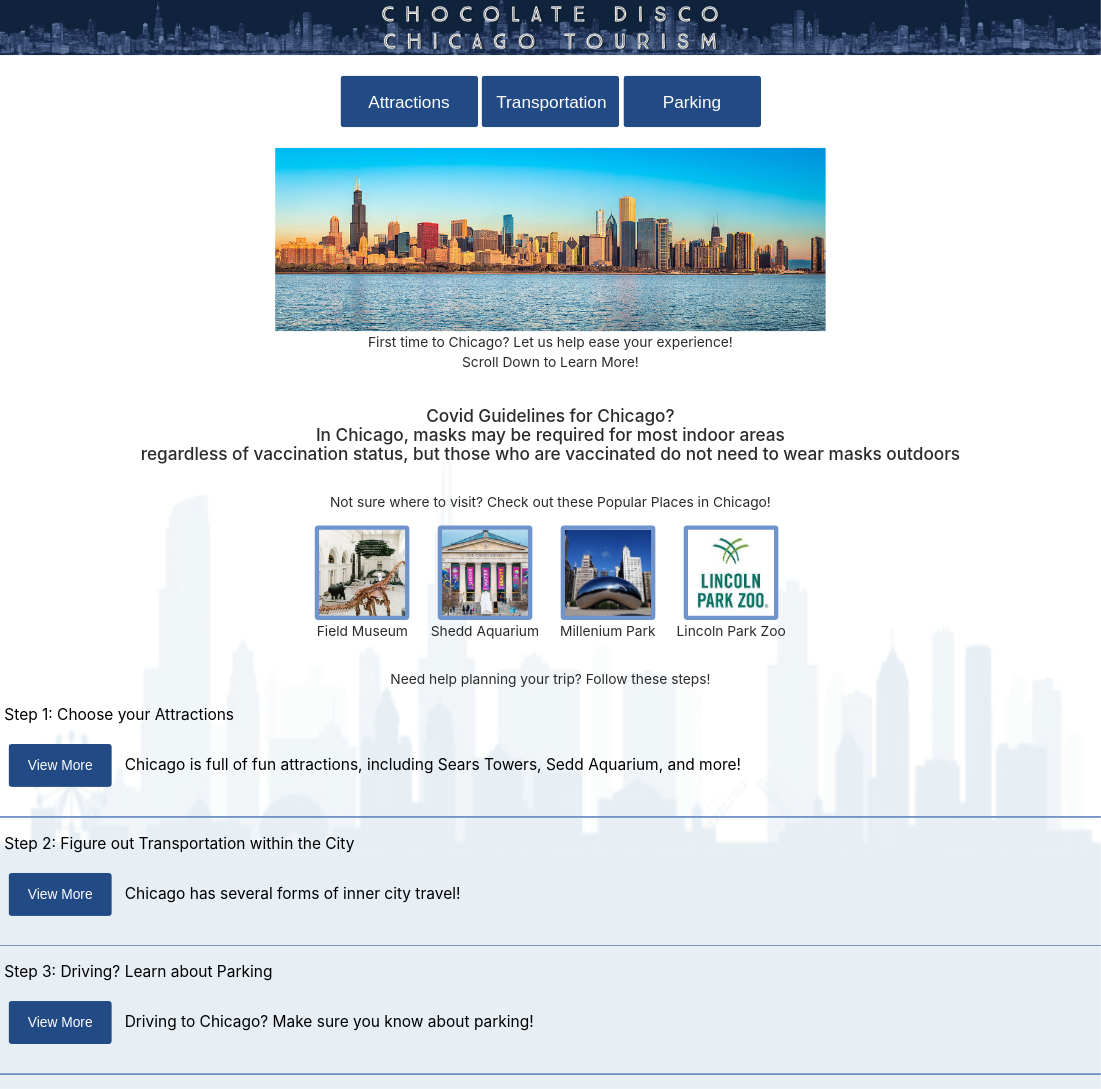
Repository: rkodit2/cs422project
Page: homepage.html
The author's editor kept a copy of each file at every save. The page is drawn from the files as they stood at one save, then again after the next save.
The browser window is 1280 px wide. The pictures show the whole page, at 86% of full size.

Above is the page before, as saved 2021-11-26 13:55:46.

### homepage.html
<!DOCTYPE html>
<html>
  <head>
  <meta charset="utf-8">
  <meta name="viewport" content="width=device-width, initial-scale=1.0">


  <title>Chocolate Disco Chicago Tourism</title>
  <link rel="stylesheet" href=
  "https://maxcdn.bootstrapcdn.com/bootstrap/4.0.0-alpha.6/css/bootstrap.css">


    <link rel="stylesheet" href="homepage.css">

  </head>


  <body style="background-image:url('pictures/background5.jpg');background-position: 0px 0px; background-repeat: no-repeat;background-size: 100% 100%;">

    <div id="banner">
      <img src="pictures/bannerCopy2.jpg" alt="mainpage banner" style = "width: 100%;" title = "Chocolate Disco Chicago Tourism Homepage" class = "center" onclick="location.href='homepage.html';">
    </div>

    <br>

    <div class= "button-center">
      <button type ="button" id="Attractions" class="btn" onclick="location.href='attractions.html';" style="width: 160px; height: 60px; font-size: 20px; background-color: rgb(34, 74, 133); color: white;" onmouseenter = "this.style.backgroundColor = 'rgb(111, 148, 204)'" onmouseleave="style.backgroundColor = 'rgb(34, 74, 133)'"> Attractions </button>
      <button type ="button" id="Transportation" class="btn" onclick="location.href='transportation.html';" style="width: 160px; height: 60px; font-size: 20px; background-color: rgb(34, 74, 133); color: white;" onmouseenter = "this.style.backgroundColor = 'rgb(111, 148, 204)'" onmouseleave="style.backgroundColor = 'rgb(34, 74, 133)'"> Transportation </button>
      <button type ="button" id="Parking" class="btn" onclick="location.href='parking.html';" style="width: 160px; height: 60px; font-size: 20px; background-color: rgb(34, 74, 133); color: white;" onmouseenter = "this.style.backgroundColor = 'rgb(111, 148, 204)'" onmouseleave="style.backgroundColor = 'rgb(34, 74, 133)'"> Parking </button>
    </div>
    <br>
    <img src="pictures/skyline.jpg" alt="mainpage skyline" class = "center">
    <p style="text-align: center;"> First time to Chicago? Let us help ease your experience! <br> Scroll Down to Learn More!</p>
    <br>
    <h5 style = "text-align: center;">Covid Guidelines for Chicago? <br> In Chicago, masks may be required for most indoor areas <br> regardless of vaccination status, but those who are vaccinated do not need to wear masks outdoors </h5>
    <br>
    <p style="text-align: center;">Not sure where to visit? Check out these Popular Places in Chicago! </p>

    <div class= "button-center">
      <div class = "fm" style = "display: inline-block;  text-align: center; padding-left: 10px; padding-right: 10px;">
        <button type = "button" id = "FM" class="btn" onclick="location.href='fieldMuseum.html';" style = "width: 110px; height: 110px; vertical-align: middle; white-space: normal; background:url('pictures/Field\ Museum.jpg'); background-size: 110px 110px; border: 5px solid rgb(111, 148, 204);  background-repeat: no-repeat; background-position: center;"></button>
        <br>
        <label>Field Museum</label>
    </div>
    <div class = "shedd" style = "display: inline-block;  text-align: center; padding-left: 10px; padding-right: 10px;">
      <button type = "button" id = "Shedd" class="btn" onclick="location.href='sheddAquarium.html';" style = "width: 110px; height: 110px; vertical-align: middle; white-space: normal; background:url('pictures/Shedd-Aquarium-scaled.jpg'); background-size: 110px 110px; border: 5px solid rgb(111, 148, 204);  background-repeat: no-repeat; background-position: center;"> </button>
      <br>
      <label>Shedd Aquarium</label>
    </div>
    <div class = "mp" style = "display: inline-block;  text-align: center; padding-left: 10px; padding-right: 10px;">
      <button type = "button" id = "MP" class="btn" onclick="location.href='millenium.html';" style = "width: 110px; height: 110px; vertical-align: middle; white-space: normal; background:url('pictures/chicago-millenium-park-sculpture.jpg'); background-size: 110px 110px; border: 5px solid rgb(111, 148, 204);  background-repeat: no-repeat; background-position: center;"> </button>
      <br>
      <label>Millenium Park</label>
    </div>
    <div class = "lpz" style = "display: inline-block;  text-align: center; padding-left: 10px; padding-right: 10px;">
      <button type = "button" id = "LPZ" class="btn" onclick="location.href='lincolnParkZoo.html';" style = "width: 110px; height: 110px; vertical-align: middle; white-space: normal; background:url('pictures/download.jfif'); background-size: 110px 110px; border: 5px solid rgb(111, 148, 204);  background-repeat: no-repeat; background-position: center;"></button>
      <br>
      <label>Lincoln Park Zoo</label>
    </div>

    </div>

    <br>

    <p style="text-align: center;"> Need help planning your trip? Follow these steps!</p>

    <p style = "padding-left: 5px; font-size: 18px; color: black;"> Step 1: Choose your Attractions </p>
    <div class= "viewMore">
      <button type ="button" id="VMA" class="btn" onclick="location.href='attractions.html';" style = "width: 120px; height:50px; vertical-align: middle; margin-left: 10px; margin-top: 5px; white-space: normal; background-color: rgb(34, 74, 133); color: white;" onmouseenter = "this.style.backgroundColor = 'rgb(111, 148, 204)'" onmouseleave="style.backgroundColor = 'rgb(34, 74, 133)'"> View More </button>
      <span style = "padding: 15px;">
        <p style="font-size: 18px;  color: black;">Chicago is full of fun attractions, including Sears Towers, Sedd Aquarium, and more! </p>
      </span>
    </div>

    <!-- <br> -->
    <hr style="background-color: rgb(111, 148, 204); height: .5px">

    <p style = "padding-left: 5px; font-size: 18px; color: black;"> Step 2: Figure out Transportation within the City </p>
    <div class= "viewMore">
      <button type ="button" id="VMT" class="btn" onclick="location.href='transportation.html';" style = "width: 120px; height:50px; vertical-align: middle;  margin-left: 10px; margin-top: 5px; white-space: normal; background-color: rgb(34, 74, 133); color: white;" onmouseenter = "this.style.backgroundColor = 'rgb(111, 148, 204)'" onmouseleave="style.backgroundColor = 'rgb(34, 74, 133)'"> View More </button>
      <span style = "padding: 15px;">
        <p style="font-size: 18px;  color: black;"> Chicago has several forms of inner city travel! </p>
      </span>
    </div>

   <!-- <br> -->
    <hr style="background-color:rgb(111, 148, 204); height: .5px">

    <p style = "padding-left: 5px; font-size: 18px; color: black;"> Step 3: Driving? Learn about Parking </p>
    <div class= "viewMore">
      <button type ="button" id="VMP" class="btn" onclick="location.href='parking.html';" style = "width: 120px; height:50px; vertical-align: middle; margin-left: 10px; margin-top: 5px; white-space: normal; background-color: rgb(34, 74, 133); color: white;" onmouseenter = "this.style.backgroundColor = 'rgb(111, 148, 204)'" onmouseleave="style.backgroundColor = 'rgb(34, 74, 133)'"> View More </button>
      <span style = "padding: 15px;">
      <p style="font-size: 18px;  color: black;"> Driving to Chicago? Make sure you know about parking! </p>
      </span>
    </div>

    <!-- <br> -->
    <hr style="background-color: rgb(111, 148, 204); height: .5px">
    <!-- <br>
    <p style = "padding-left: 5px;">Step 4: Covid Guidelines</p>
    <p style = "padding-left: 15px;"> In Chicago, masks may be required for most indoor areas regardless of vaccination status, but those who are vaccinated do not need to wear masks outdoors </p>
    -->
  </body>
</html>

### homepage.css
.button-center {
    text-align: center;
  }

.viewMore {
    display: flex;
    vertical-align: middle;
}
.center {
  display: block;
  margin-left: auto;
  margin-right: auto;
  width: 50%;
}
.gmap{
  display: flex;
  vertical-align: middle;
}

ul li{
  font-size:20px;
 }

After the next save:
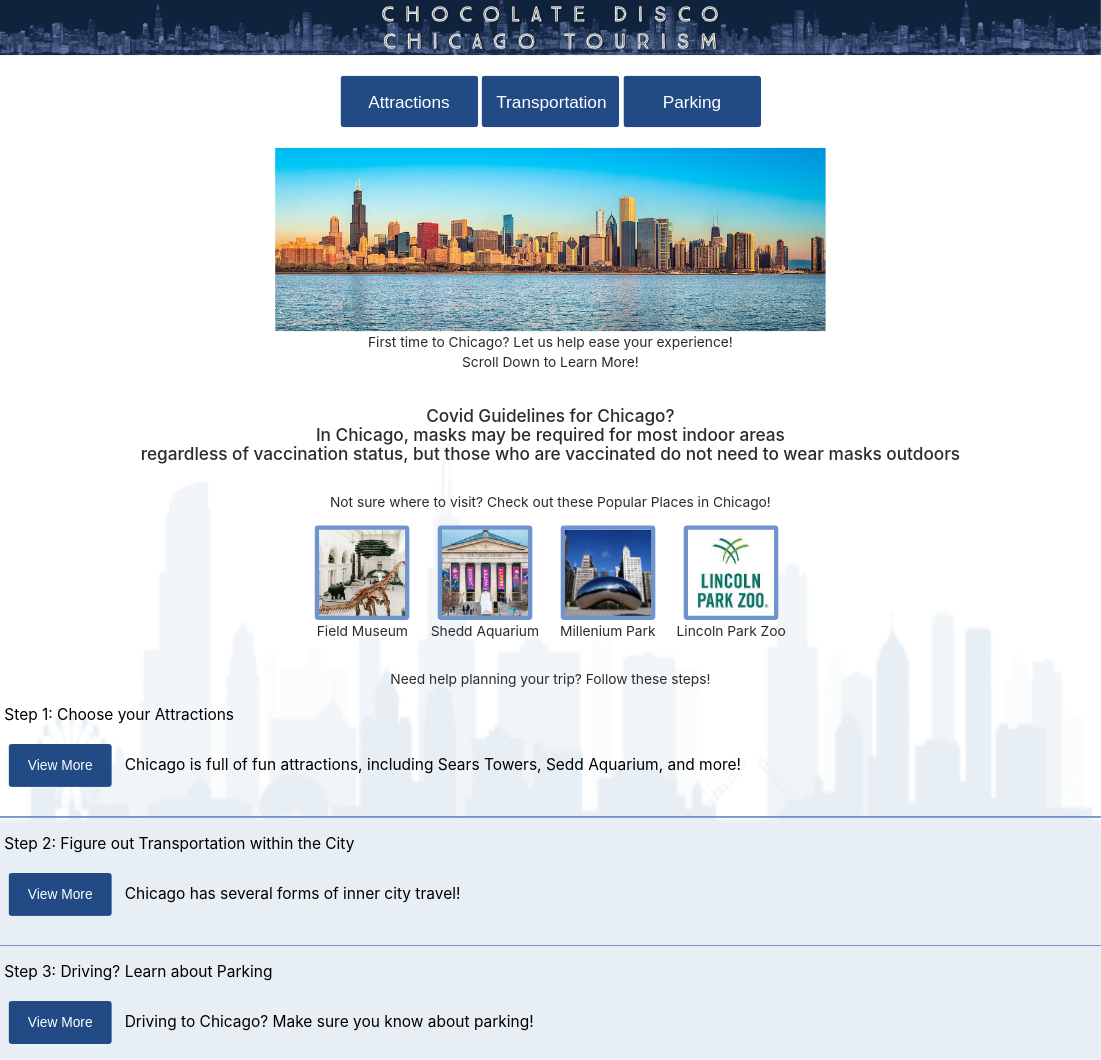
Saved 48 s later.
--- a/homepage.html
+++ b/homepage.html
@@ -94,8 +94,8 @@
       </span>
     </div>
 
-    <!-- <br> -->
-    <hr style="background-color: rgb(111, 148, 204); height: .5px">
+    <!-- <br>
+    <hr style="background-color: rgb(111, 148, 204); height: .5px"> -->
     <!-- <br>
     <p style = "padding-left: 5px;">Step 4: Covid Guidelines</p>
     <p style = "padding-left: 15px;"> In Chicago, masks may be required for most indoor areas regardless of vaccination status, but those who are vaccinated do not need to wear masks outdoors </p>
